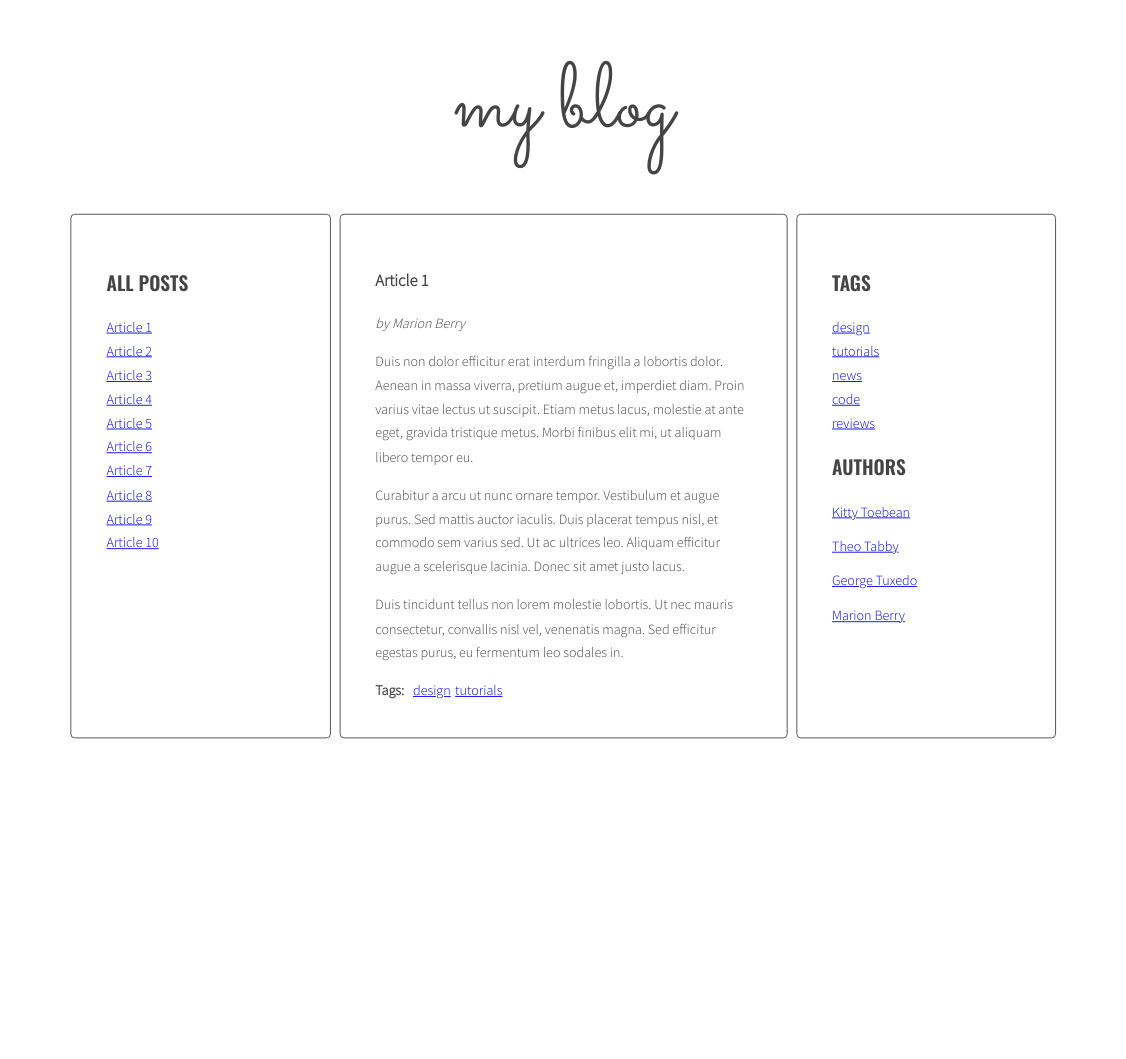
Repository: ulasup/javascript-blog
Page: index.html
An editor plug-in stored every save of this project. The page is shown before and after the next save, followed by the edit.
The browser window is 1280 px wide. The pictures show the whole page, at 88% of full size.
The style sheet was rebuilt from its Sass, Less or Tailwind sources for each picture, by a compiler version that may differ from the author's.

Above is the page before, as saved 2020-12-19 16:54:24.

After the next save:
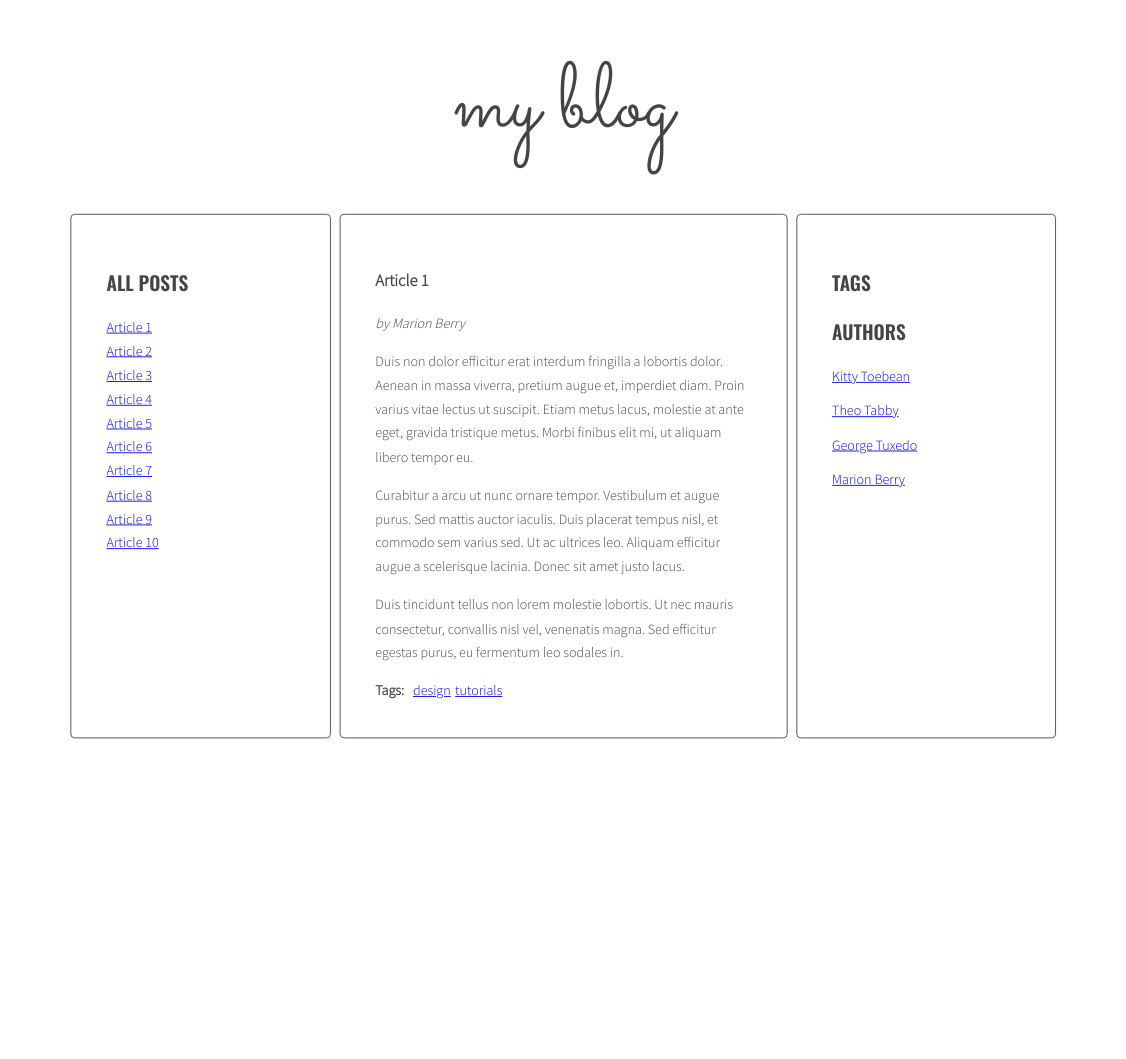
Saved 18 min 26 s later.
--- a/js/script.js
+++ b/js/script.js
@@ -52,7 +52,7 @@ generateTitleLinks();
 
 
 function generateTags(){
-  let allTags = [];
+  let allTags = {};
   const articles = document.querySelectorAll(optArticleSelector);
   for (let article of articles){
     const tagList = article.querySelector(optArticleTagsSelector);
@@ -62,14 +62,17 @@ function generateTags(){
     for (let tag of articleTagsArray){
       const linkHTML = '<li><a href="#tag-' + tag + '"><span>' + tag + '</span></a></li>';
       html = html + linkHTML;
-      if(allTags.indexOf(linkHTML) == -1){
-        allTags.push(linkHTML);
+      if(!allTags.hasOwnProperty(tag)){
+        allTags[tag] = 1;
+      } else {
+        allTags[tag]++;
       }
     }
     tagList.innerHTML = html;
   }
   const tagList = document.querySelector('.tags');
-  tagList.innerHTML = allTags.join(' ');
+  // tagList.innerHTML = allTags.join(' ');
+  console.log(allTags);
 }
 
 generateTags();
